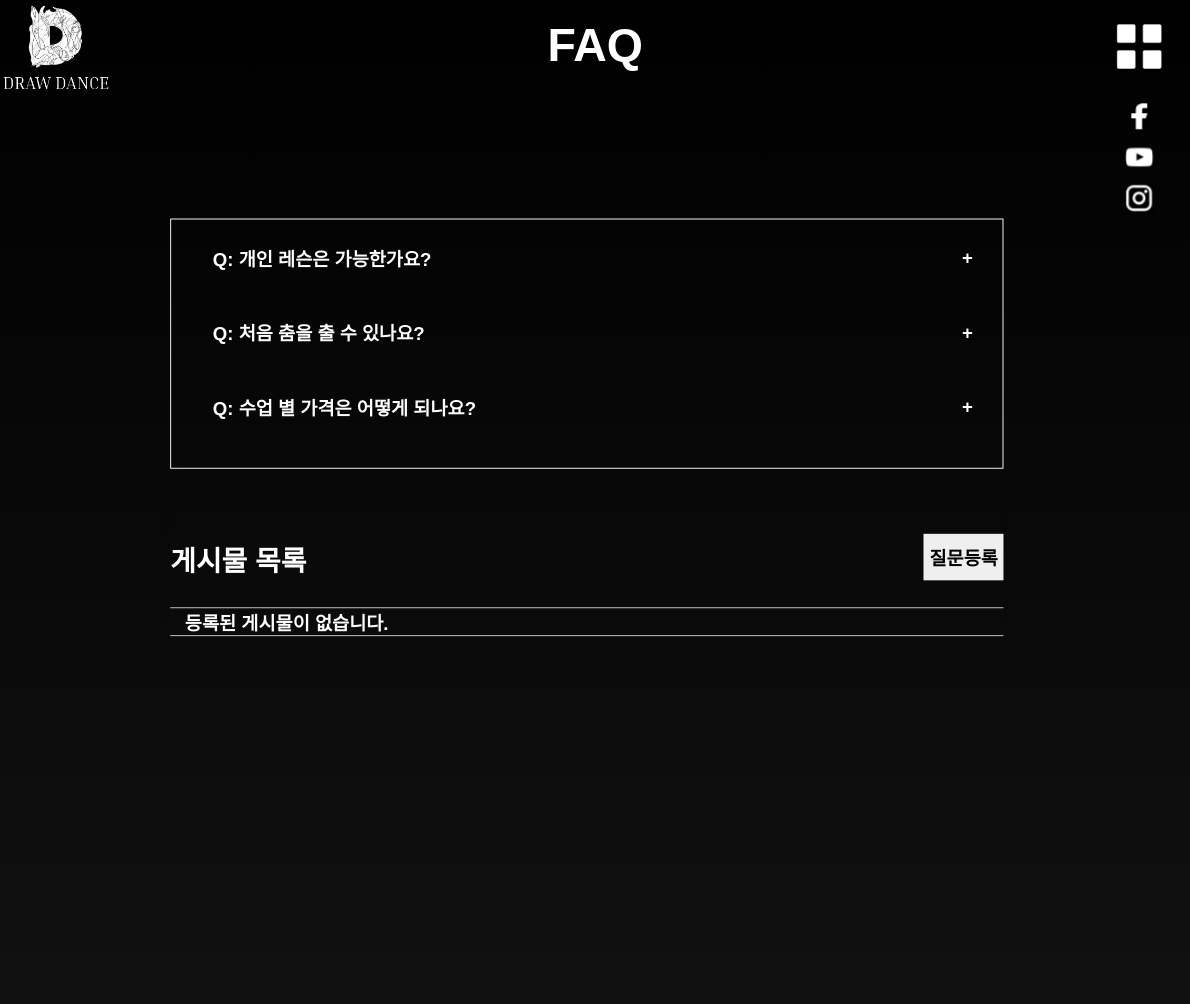
Repository: seonghun9906/semiProject
Page: http://localhost/drawAcademy/WEB-INF/views/QBoard/qboard.jsp
An editor plug-in stored every save of this project. The page is shown before and after the next save, followed by the edit.
The browser window is 1280 px wide. The pictures show the whole page, at 93% of full size.
The page is served by Tomcat 9. Nobody is signed in. The template is opened directly, without the code that normally fills it, so the values that code supplies are empty.

Above is the page before, as saved 2024-03-04 06:31:58.

After the next save:
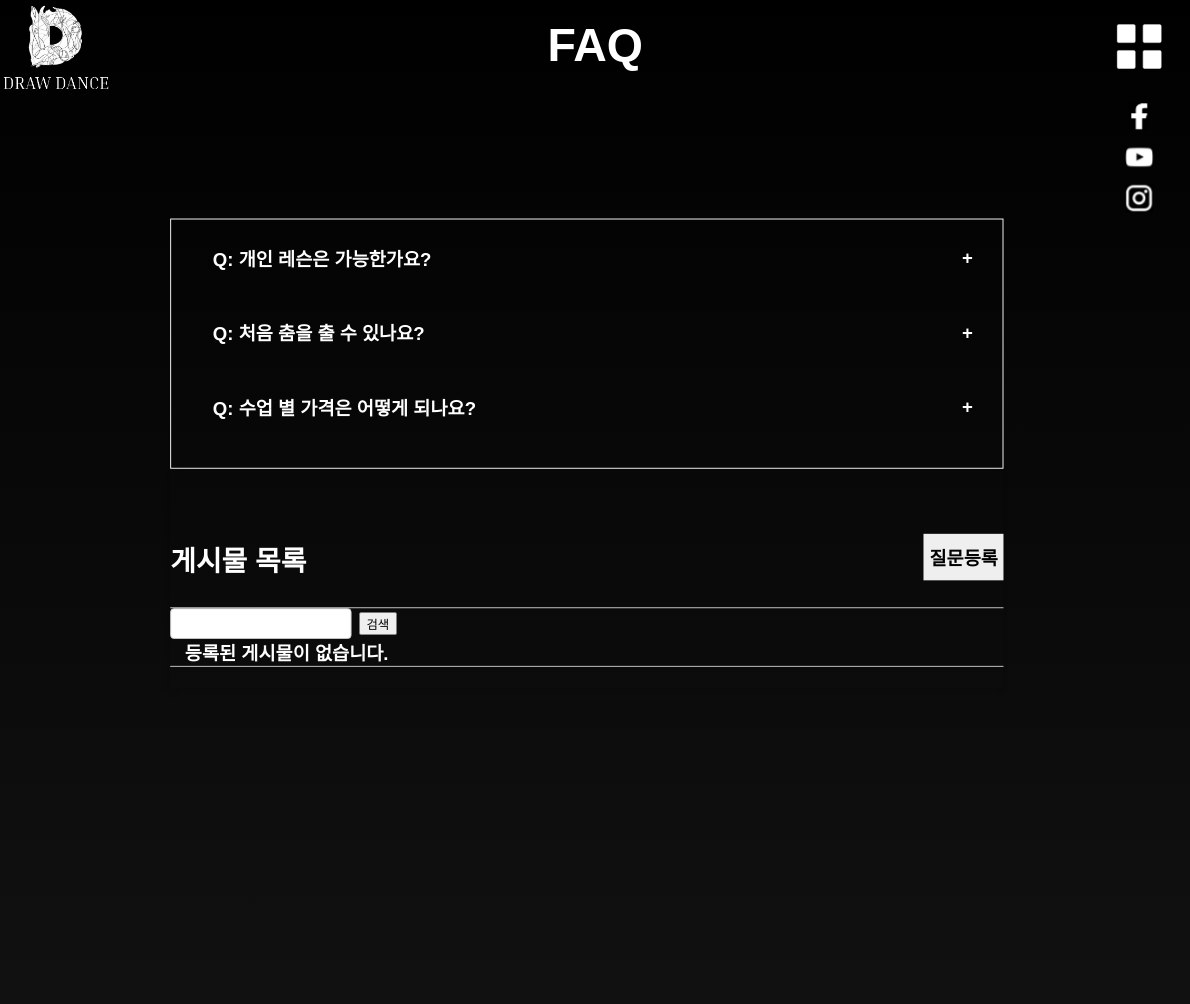
Saved 17 h 24 min later.
--- a/drawAcademy/src/main/webapp/WEB-INF/views/QBoard/qboard.jsp
+++ b/drawAcademy/src/main/webapp/WEB-INF/views/QBoard/qboard.jsp
@@ -119,6 +119,18 @@
                <p class="test">게시물 목록</p>
                <button id="cklogin" onclick="location.href='./qwrite'">질문등록</button>
                </div>
+               <div class="search">
+               <form action="searchProc" method="post">
+	           	<input type="text" name="b_contents" >
+	           	<button type="submit">
+	           		<span></span>
+	           		<span></span>
+	           		<span></span>
+	           		<span></span>
+	           		검색
+	           	</button>
+            	</form>
+               </div>
          <c:if test="${empty qList}">
             <div class="qboard-item">
                <span class="none-content">등록된 게시물이 없습니다.</span>
